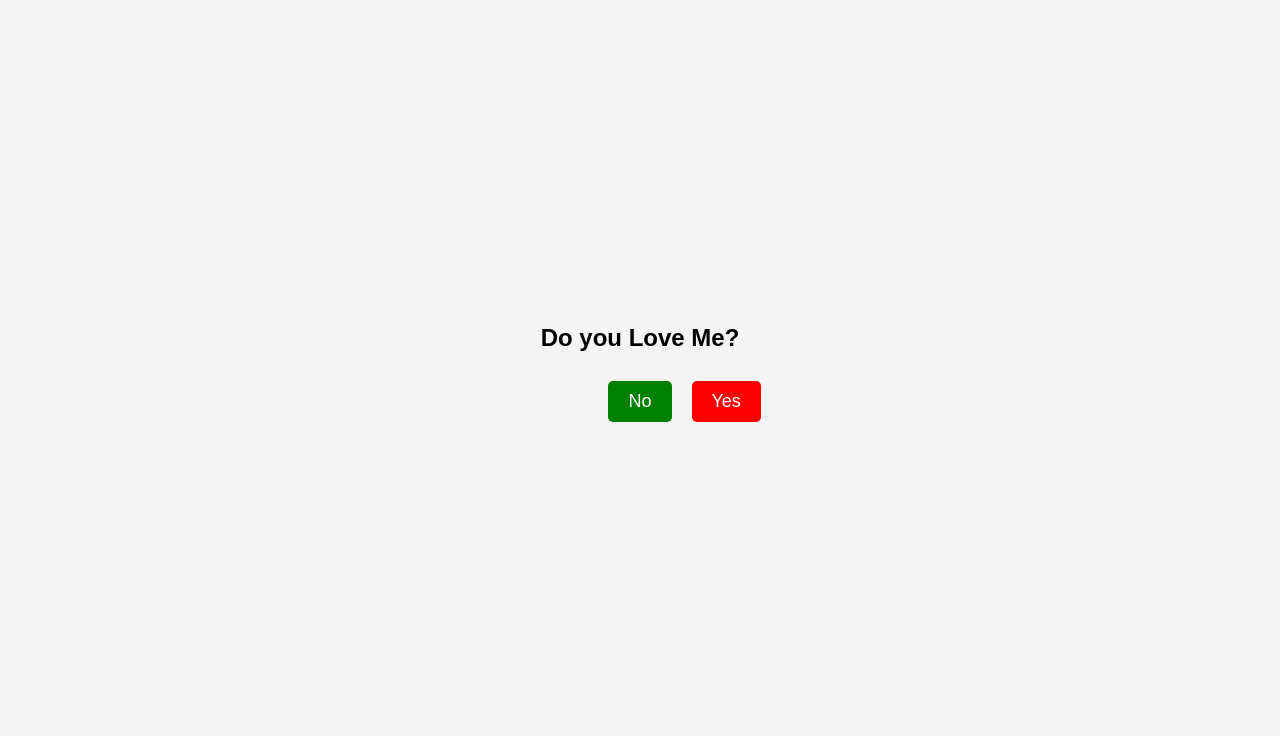
Repository: JishuChouhan/MyCode
Page: yes.html
The author's editor kept a copy of each file at every save. The page is drawn from the files as they stood at one save, then again after the next save.
The browser window is 1280 px wide. The pictures show the whole page.

Above is the page before, as saved 2025-02-17 17:49:21.

### yes.html
<!DOCTYPE html>
<html lang="en">
<head>
    <meta charset="UTF-8">
    <meta name="viewport" content="width=device-width, initial-scale=1.0">
    <title>Yes or No</title>
    <style>
        body {
            display: flex;
            justify-content: center;
            align-items: center;
            height: 100vh;
            flex-direction: column;
            background-color: #f4f4f4;
            font-family: Arial, sans-serif;
        }
        .btn-container {
            position: relative;
            width: 300px;
            text-align: center;
        }
        .btn {
            padding: 10px 20px;
            font-size: 18px;
            border: none;
            cursor: pointer;
            border-radius: 5px;
            margin: 10px;
            transition: 0.3s ease;
        }
        #yesBtn {
            background-color: green;
            color: white;
        }
        #noBtn {
            background-color: red;
            color: white;
            position: absolute;
        }
    </style>
</head>
<body>

    <!-- <img src="img/Snapchat-735368105.jpg" height="200px" width="200px" alt=""> -->
    <h2>Do you Love Me?</h2>
    <div class="btn-container">
        <button id="yesBtn" class="btn" onclick="redirect()">No</button>
        <button id="noBtn" class="btn" onmouseover="moveButton()">Yes</button>
    </div>

    <script>
        function moveButton() {
            let btn = document.getElementById("noBtn");
            let x = Math.random() * 200 - 100; // Random movement
            let y = Math.random() * 200 - 100;
            btn.style.transform = `translate(${x}px, ${y}px)`;
        }

        function redirect() {
            window.location.href = "love.html"; // Change to your target page
        }
    </script>

</body>
</html>

After the next save:
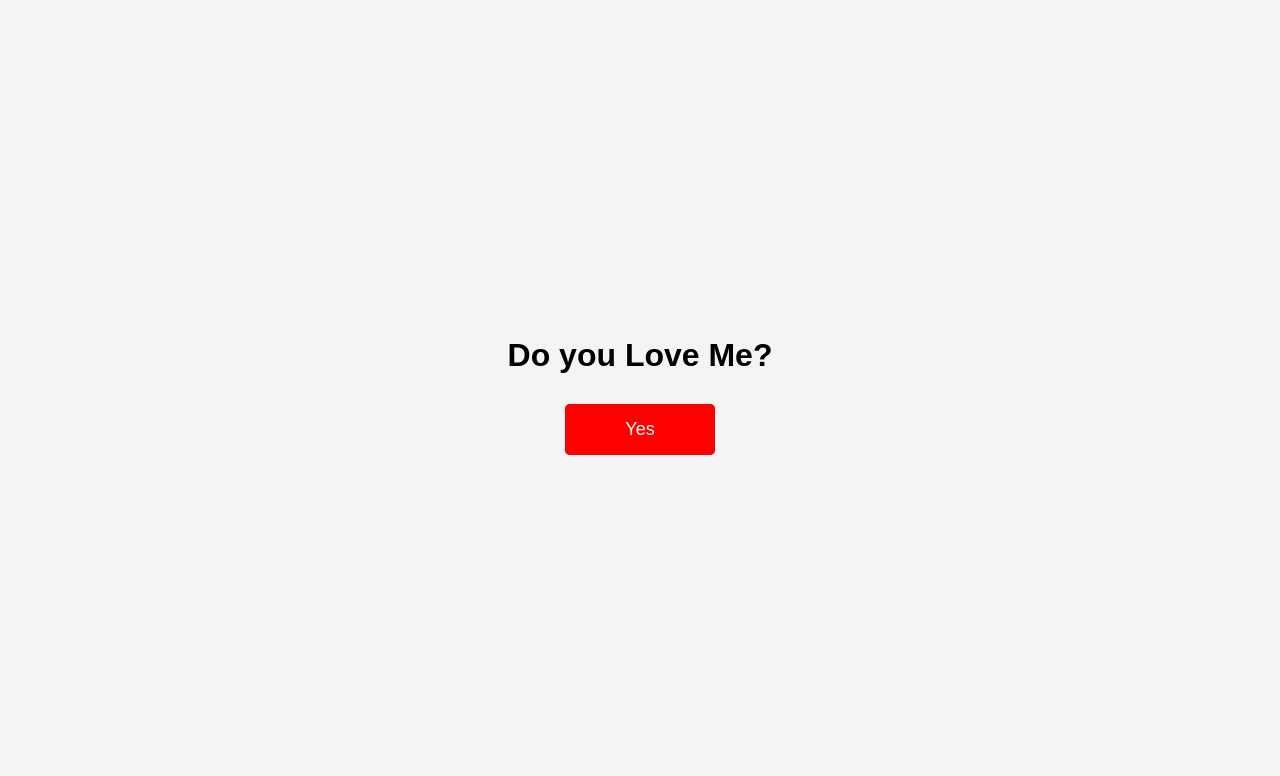
Saved 11 min 51 s later.
--- a/yes.html
+++ b/yes.html
@@ -13,35 +13,57 @@
             flex-direction: column;
             background-color: #f4f4f4;
             font-family: Arial, sans-serif;
+            text-align: center;
+            padding: 20px;
         }
+
+        h2 {
+            font-size: 2rem;
+            margin-bottom: 20px;
+        }
+
         .btn-container {
             position: relative;
-            width: 300px;
-            text-align: center;
+            display: flex;
+            flex-direction: column;
+            align-items: center;
+            width: 100%;
         }
+
         .btn {
-            padding: 10px 20px;
+            padding: 15px 30px;
             font-size: 18px;
             border: none;
             cursor: pointer;
             border-radius: 5px;
             margin: 10px;
-            transition: 0.3s ease;
+            transition: 0.3s ease-in-out;
+            width: 150px;
+            text-align: center;
         }
+
         #yesBtn {
             background-color: green;
             color: white;
         }
+
         #noBtn {
             background-color: red;
             color: white;
             position: absolute;
         }
+
+        @media (max-width: 600px) {
+            .btn {
+                width: 120px;
+                font-size: 16px;
+                padding: 12px;
+            }
+        }
     </style>
 </head>
 <body>
 
-    <!-- <img src="img/Snapchat-735368105.jpg" height="200px" width="200px" alt=""> -->
     <h2>Do you Love Me?</h2>
     <div class="btn-container">
         <button id="yesBtn" class="btn" onclick="redirect()">No</button>
@@ -51,8 +73,13 @@
     <script>
         function moveButton() {
             let btn = document.getElementById("noBtn");
-            let x = Math.random() * 200 - 100; // Random movement
-            let y = Math.random() * 200 - 100;
+
+            let maxWidth = window.innerWidth - 150; // Prevents from going off-screen
+            let maxHeight = window.innerHeight - 150;
+
+            let x = Math.random() * maxWidth - (maxWidth / 2);
+            let y = Math.random() * maxHeight - (maxHeight / 2);
+
             btn.style.transform = `translate(${x}px, ${y}px)`;
         }
 
